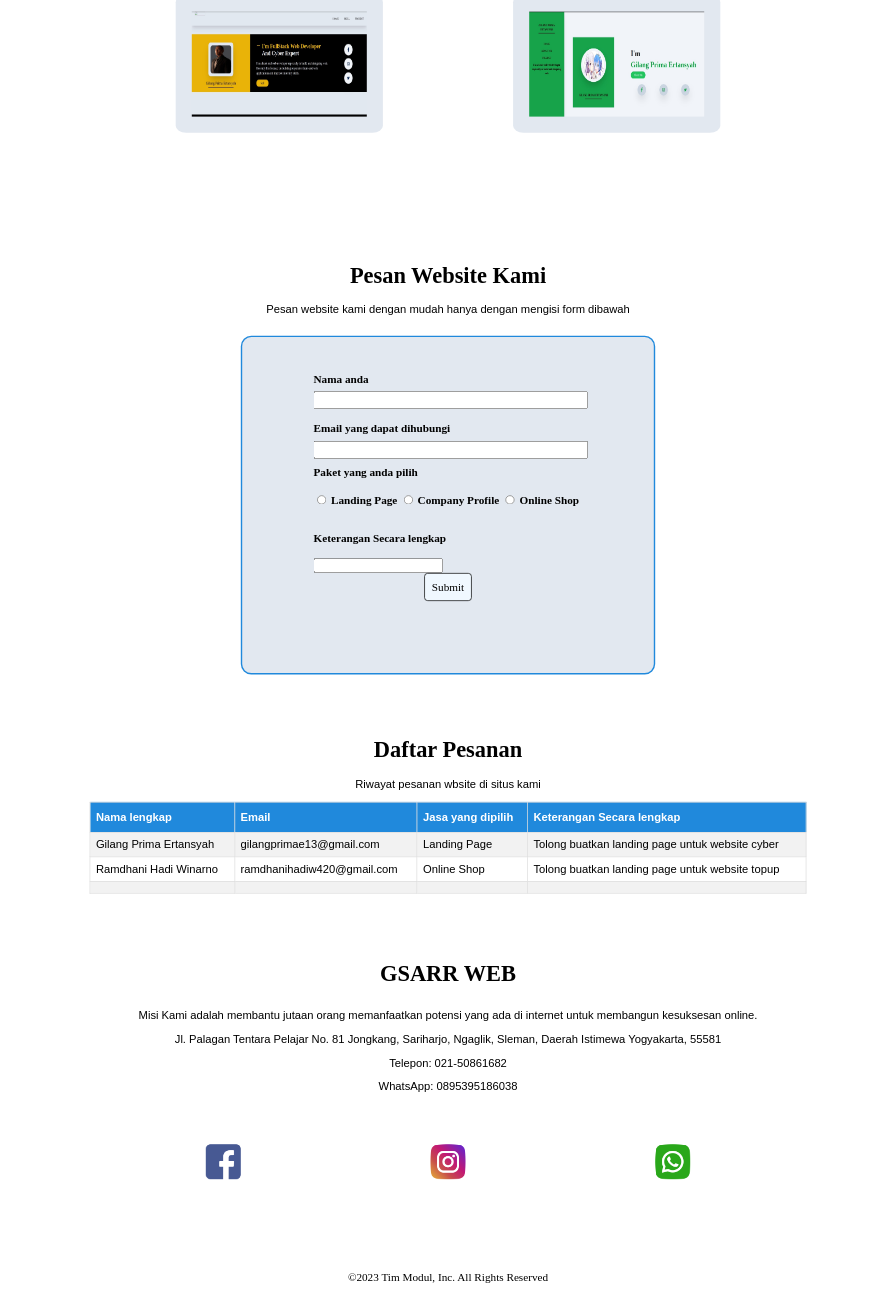
Repository: zecht12/TimModul
Page: TimModul.html
An editor plug-in stored every save of this project. The page is shown before and after a run of saves, followed by the edit.
The browser window is 1280 px wide. The pictures show the part of the page from y = 2532 to 4452 px (the page is 4378 px tall before and 4452 px after), at 70% of full size.

Above is the page before, as saved 2023-04-27 19:20:36.

### TimModul.html
<!DOCTYPE html>
<html lang="en">
<head>
    <meta charset="UTF-8">
    <meta http-equiv="X-UA-Compatible" content="IE=edge">
    <meta name="viewport" content="width=device-width, initial-scale=1.0">
    <link rel="stylesheet" href="style.css">
    <script src="script.js"></script>
    <title>Jasa Coding</title>
</head>
<body>
    <div style="height: 80px; width: 100%; background-color: white;">
        <header>
            <img src="./assets/wallpaper.jpg" alt="Image" style="height: 50px; width: 50px; border-radius: 100%;" >
            <ul class="nav_links">
                <li><a href="#">Home</a></li>
                <li><a href="#Paket">Harga</a></li>
                <li><a href="#Produk">Produk</a></li>
                <li><a href="#Forms">Form</a></li>
                <li><a href="#Dokumen">Dokumen</a></li>
            </ul>
        </headers>
    </div>
    <div style="background-image: url(./assets/bg.jpg); background-size: cover; background-position: top; width: 100%; height: 120vh; background-repeat: no-repeat; background-position: center;">
        <div style="display: flex; justify-content: center; align-items: center; padding: 5%; width: auto; height: auto;">
            <div style="height: auto; width: 70%; display: flex ; justify-content: center; align-items: center;">
                <div>
                    <div style=" display: flex; justify-content: center; align-items: center;">
                        <p style="text-align: center; color: white; font-size: 50px; font-weight: bold; width: 80%;">Jasa Pembuatan Website untuk Segala Kebutuhan Anda!</p>
                    </div>
                    <div style=" display: flex; justify-content: center; align-items: center; ">
                        <p style="text-align: center; color: white; font-size: large; width: 80%; ">Ingin wujudkan website impian tanpa ribet? Kami siap membantu Anda! Tersedia layanan jasa pembuatan website murah dan berkualitas dengan fitur terlengkap!</p>
                    </div>
                    <div style=" display: flex; justify-content: space-evenly; align-items: center;">
                        <div style=" display: flex; justify-content: center; align-items: center; gap: 5px;">
                            <img src="./assets/check.png" alt="check" width="30px" height="30px">
                            <p style="text-align: center; color: white; font-size: medium;">Proses Cepat</p>
                        </div>
                        <div style=" display: flex; justify-content: center; align-items: center; gap: 5px;">
                            <img src="./assets/check.png" alt="check" width="30px" height="30px">
                            <p style="text-align: center; color: white; font-size: medium">Harga Terjangkau</p>
                        </div>
                        <div style=" display: flex; justify-content: center; align-items: center; gap: 5px;">
                            <img src="./assets/check.png" alt="check" width="30px" height="30px">
                            <p style="text-align: center; color: white; font-size: medium;">Website Profesional</p>
                        </div>
                    </div>
                    <div style=" display: flex; justify-content: center; align-items: center; width: auto; height: auto;">
                        <p style="text-align: center; color: white; font-size: xx-large; font-weight: bold;">GSARR WEB</p>
                    </div>
                    <div style=" display: flex; justify-content: center; align-items: center; width: auto; height: auto;">
                        <a class="button1" href="#Paket" style="width: 200px; height: 50px; display: flex; justify-content: center; align-items: center; border-radius: 15px; background: #fff; color: #000; border: 2px solid #fff; cursor: pointer;">
                            Lihat Penawaran
                        </a>
                    </div>
                </div>
            </div>
        </div>
    </div>
    <div class="Paket" id="Paket" style="width: 100%; height: 120vh;">
        <p style="text-align: center; font-size: xx-large; font-weight: bold;">Harga Paket Jasa Pembuatan Website</p>
        <p style="text-align: center; font-size: medium; font-weight: bold; ">Tak perlu biaya mahal, Niagaweb menghadirkan jasa pembuatan website dengan harga terjangkau, fitur terbaik, dan layanan support nomor satu!</p>
        <div style="padding-left: 5%; padding-right: 5%;padding-top: 2%;display: flex;justify-content: space-evenly; align-items: center;" >
            <div style="padding: 2%; background-color: #e8ebf0; border-radius: 5%; height: 600px; width: 300px;">
                <p style="color: rgb(49, 49, 49); font-weight: bold; font-size: larger;">Landing Page</p>
                <p style="color: gray; font-weight: bold; font-size: medium;">Mulai dari:</p>
                <p style="color: #2089dc; font-size: xx-large; font-weight: bold; margin: auto; padding-bottom: 4%;">Rp 750.000</p>
                <div style="display: flex; justify-content: center; align-items: center;">
                    <a class="button1" href="#Forms" style="width: 200px; height: 50px; display: flex; justify-content: center; align-items: center; border-radius: 15px; background: transparent; color: #2089dc; border: 2px solid #2089dc; cursor: pointer;">
                        Checkout
                    </a>
                </div>
                <p style="color: gray; font-weight: bold; font-size: medium;">Bangun landing page dengan desain profesional! Biaya website terjangkau dengan fitur terbaik cocok untuk memulai bisnis online Anda.</p>
                <div style=" display: flex; justify-content: start; align-items: center; gap: 2px;">
                    <img src="./assets/check.png" alt="check" width="20px" height="20px">
                    <p style="color: black; font-size: medium;">Gratis Hosting dan Domain</p>
                </div>
                <div style=" display: flex; justify-content: start; align-items: center; gap: 2px;">
                    <img src="./assets/check.png" alt="check" width="20px" height="20px">
                    <p style="color: black; font-size: medium;">30 Pilihan Tema</p>
                </div>
                <div style=" display: flex; justify-content: start; align-items: center; gap: 2px;">
                    <img src="./assets/check.png" alt="check" width="20px" height="20px">
                    <p style="color: black; font-size: medium;">Free Maintenance di Bulan Pertama</p>
                </div>
                <div style=" display: flex; justify-content: start; align-items: center; gap: 2px;">
                    <img src="./assets/check.png" alt="check" width="20px" height="20px">
                    <p style="color: black; font-size: medium;">SEO Friendly</p>
                </div>
                <div style=" display: flex; justify-content: start; align-items: center; gap: 2px;">
                    <img src="./assets/check.png" alt="check" width="20px" height="20px">
                    <p style="color: black; font-size: medium;">Desain Responsif</p>
                </div>
                <div style=" display: flex; justify-content: start; align-items: center; gap: 2px;">
                    <img src="./assets/check.png" alt="check" width="20px" height="20px">
                    <p style="color: black; font-size: medium;">Pengerjaan 7 Hari Kerja</p>
                </div>
            </div>
            <div style="padding: 2%; background-color: #e8ebf0; border-radius: 5%; height: 600px; width: 300px;">
                <p style="color: rgb(49, 49, 49); font-weight: bold; font-size: larger;">Company Profile</p>
                <p style="color: gray; font-weight: bold; font-size: medium;">Mulai dari:</p>
                <p style="color: #2089dc; font-size: xx-large; font-weight: bold; margin: auto; padding-bottom: 4%;">Rp 2.000.000</p>
                <div style="display: flex; justify-content: center; align-items: center;">
                    <a class="button1" href="#Forms" style="width: 200px; height: 50px; display: flex; justify-content: center; align-items: center; border-radius: 15px; background: transparent; color: #2089dc; border: 2px solid #2089dc; cursor: pointer;">
                        Checkout
                    </a>
                </div>
                <p style="color: gray; font-weight: bold; font-size: medium;">Jasa pembuatan website untuk perusahaan B2B seperti konsultan, distributor, dan manufaktur. Saatnya tampilkan kesan profesional untuk perusahaan Anda!</p>
                <div style=" display: flex; justify-content: start; align-items: center; gap: 2px;">
                    <img src="./assets/check.png" alt="check" width="20px" height="20px">
                    <p style="color: black; font-size: medium;">Free Unlimited Hosting</p>
                </div>
                <div style=" display: flex; justify-content: start; align-items: center; gap: 2px;">
                    <img src="./assets/check.png" alt="check" width="20px" height="20px">
                    <p style="color: black; font-size: medium;">Free Maintenance Setiap Bulan</p>
                </div>
                <div style=" display: flex; justify-content: start; align-items: center; gap: 2px;">
                    <img src="./assets/check.png" alt="check" width="20px" height="20px">
                    <p style="color: black; font-size: medium;">Gratis Setup 5 Konten / Artikel</p>
                </div>
                <div style=" display: flex; justify-content: start; align-items: center; gap: 2px;">
                    <img src="./assets/check.png" alt="check" width="20px" height="20px">
                    <p style="color: black; font-size: medium;">1 Halaman Awal</p>
                </div>
                <div style=" display: flex; justify-content: start; align-items: center; gap: 2px;">
                    <img src="./assets/check.png" alt="check" width="20px" height="20px">
                    <p style="color: black; font-size: medium;">1x Revisi Desain</p>
                </div>
                <div style=" display: flex; justify-content: start; align-items: center; gap: 2px;">
                    <img src="./assets/check.png" alt="check" width="20px" height="20px">
                    <p style="color: black; font-size: medium;">500+ Tema Pilihan</p>
                </div>
            </div>
            <div style="padding: 2%; background-color: #e8ebf0; border-radius: 5%; height: 600px; width: 300px;">
                <p style="color: rgb(49, 49, 49); font-weight: bold; font-size: larger;">Online Shop</p>
                <p style="color: gray; font-weight: bold; font-size: medium;">Mulai dari:</p>
                <p style="color: #2089dc; font-size: xx-large; font-weight: bold; margin: auto; padding-bottom: 4%;">Rp 2.900.000</p>
                <div style="display: flex; justify-content: center; align-items: center;">
                    <a class="button1" href="#Forms" style="width: 200px; height: 50px; display: flex; justify-content: center; align-items: center; border-radius: 15px; background: transparent; color: #2089dc; border: 2px solid #2089dc; cursor: pointer;">
                        Checkout
                    </a>
                </div>
                <p style="color: gray; font-weight: bold; font-size: medium;">Jasa website profesional yang direkomendasikan untuk bisnis atau UKM B2C seperti bisnis kuliner, properti, konveksi, travel, dll.</p>
                <div style=" display: flex; justify-content: start; align-items: center; gap: 2px;">
                    <img src="./assets/check.png" alt="check" width="20px" height="20px">
                    <p style="color: black; font-size: medium;">Gratis Setup5 Produk Unggulan</p>
                </div>
                <div style=" display: flex; justify-content: start; align-items: center; gap: 2px;">
                    <img src="./assets/check.png" alt="check" width="20px" height="20px">
                    <p style="color: black; font-size: medium;">Integrasi Marketplace / Instagram Shop</p>
                </div>
                <div style=" display: flex; justify-content: start; align-items: center; gap: 2px;">
                    <img src="./assets/check.png" alt="check" width="20px" height="20px">
                    <p style="color: black; font-size: medium;">Fitur Payment & Shipping</p>
                </div>
                <div style=" display: flex; justify-content: start; align-items: center; gap: 2px;">
                    <img src="./assets/check.png" alt="check" width="20px" height="20px">
                    <p style="color: black; font-size: medium;">5 Halaman Awal</p>
                </div>
                <div style=" display: flex; justify-content: start; align-items: center; gap: 2px;">
                    <img src="./assets/check.png" alt="check" width="20px" height="20px">
                    <p style="color: black; font-size: medium;">1x Revisi Desain</p>
                </div>
                <div style=" display: flex; justify-content: start; align-items: center; gap: 2px;">
                    <img src="./assets/check.png" alt="check" width="20px" height="20px">
                    <p style="color: black; font-size: medium;">500+ Tema Pilihan</p>
                </div>
            </div>
        </div>
    </div>
    <div id="Produk" style="width: 100%; height: 100vh; padding-top: 5%;">
        <h1 style="text-align: center; font-size: xx-large; font: bolder;">Banyak Pilihan Desain</h1>
        <p style="text-align: center; font: caption;">Pilih satu dari puluhan desain yang tersedia</p>
        <div class="produk" id="produk" >
            <a href="./JenisWeb/Web1.html" style="padding: 2%; background-color: #E2E8F0; border-radius: 5%; display: flex; justify-items: center; align-items: center;">
                <img src="./assets/web.jpeg" alt="Image" style="height: 150px; width: 250px;" >
            </a>
            <a href="./JenisWeb/Web2.html" style="padding: 2%; background-color: #E2E8F0; border-radius: 5%; display: flex; justify-items: center; align-items: center;">
                <img src="./assets/web1.jpeg" alt="Image" style="height: 150px; width: 250px;" >
            </a>
            <a href="./JenisWeb/Web3.html" style="padding: 2%; background-color: #E2E8F0; border-radius: 5%; display: flex; justify-items: center; align-items: center;">
                <img src="./assets/web2.jpg" alt="Image" style="height: 150px; width: 250px;" >
            </a>
        </div>
        <div class="produk1" id="produk1" >
            <a href="./JenisWeb/Web4.html" style="padding: 2%; background-color: #E2E8F0; border-radius: 5%; display: flex; justify-items: center; align-items: center;">
                <img src="./assets/web3.jpg" alt="Image" style="height: 150px; width: 250px;" >
            </a>
            <a href="./JenisWeb/Web5.html" style="padding: 2%; background-color: #E2E8F0; border-radius: 5%; display: flex; justify-items: center; align-items: center;">
                <img src="./assets/web4.jpg" alt="Image" style="height: 150px; width: 250px;" >
            </a>
            <a href="./JenisWeb/Web6.html" style="padding: 2%; background-color: #E2E8F0; border-radius: 5%; display: flex; justify-items: center; align-items: center;">
                <img src="./assets/web5.jpg" alt="Image" style="height: 150px; width: 250px;" >
            </a>
        </div>
        <div class="produk2" id="produk2" >
            <a href="./JenisWeb/Web7.html" style="padding: 2%; background-color: #E2E8F0; border-radius: 5%; display: flex; justify-items: center; align-items: center;">
                <img src="./assets/web6.jpg" alt="Image" style="height: 150px; width: 250px;" >
            </a>
            <a href="./JenisWeb/Web8.html" style="padding: 2%; background-color: #E2E8F0; border-radius: 5%; display: flex; justify-items: center; align-items: center;">
                <img src="./assets/web7.jpg" alt="Image" style="height: 150px; width: 250px;" >
            </a>
        </div>
    </div>
    <h1 style="margin-top: 22%; text-align: center;">Pesan Website Kami</h1>
    <p style="text-align: center; font: caption;">Pesan website kami dengan mudah hanya dengan mengisi form dibawah</p>
    <div style="min-width: 60%; height: auto;">
        <div id="Forms" class="forms" id="forms" >
            <form style=" padding-bottom: 8%; padding-left: 8%; padding-right: 8%; padding-top: 4%; border-radius: 15px; background-color: #E2E8F0; color: #2089dc; border: 2px solid #2089dc;">
                <div class="Formnama">
                    <label for="Nama" class="Labelnama">Nama anda</label><br>
                    <input type="text" id="Nama" name="Nama" class="Nama">
                </div>

                <div class="Formemail">
                    <label for="Email" class="Labelemail">Email yang dapat dihubungi</label>
                    <input type="text" id="Email" name="Email" class="Email">
                </div>

                <p for="Pilihan" class="Pilihan">Paket yang anda pilih</p>
                <div style="padding-bottom: 5%;" id="Paket" >
                    <input type="radio" id="Landing_Page" name="Landing_Page" value="Landing_Page">
                    <label for="FrontEnd">Landing Page</label>

                    <input type="radio" id="Company_Profile" name="Company_Profile" value="Company_Profile">
                    <label for="BackEnd">Company Profile</label>

                    <input type="radio" id="Online_Shop" name="Online_Shop" value="Online_Shop">
                    <label for="FullStack">Online Shop</label><br>
                </div>

                <div>
                    <p style="color: black; font-weight: bold; padding-bottom: 1%;">Keterangan Secara lengkap</p>
                    <input type="text" id="Keterangan" name="Keterangan" class="Keterangan" style="">
                </div>

                <div style="display: flex; justify-content: center; align-items: center;">
                    <input type="submit" value="Submit" class="Button">
                </div>
            </form>
        </div>
    </div>
    <h1 style="margin-top: 2%; text-align: center;">Daftar Pesanan</h1>
    <p style="text-align: center; font: caption;">Riwayat pesanan wbsite di situs kami</p>
    <div id="Dokumen" style="display: flex; justify-content: center; align-items: center; width: 100%;">
        <table id="customers">
            <tr>
                <th>Nama lengkap</th>
                <th>Email</th>
                <th>Jasa yang dipilih</th>
                <th>Keterangan Secara lengkap</th>
            </tr>
            <tr>
                <td>Gilang Prima Ertansyah</td>
                <td>gilangprimae13@gmail.com</td>
                <td>Landing Page</td>
                <td>Tolong buatkan landing page untuk website cyber</td>
            </tr>
            <tr>
                <td>Ramdhani Hadi Winarno</td>
                <td>ramdhanihadiw420@gmail.com</td>
                <td>Online Shop</td>
                <td>Tolong buatkan landing page untuk website topup</td>
            </tr>
            <tr>
                <td id="p1"></td>
                <td id="p2"></td>
                <td></td>
                <td id="p4"></td>
            </tr>
        </table>
    </div>
    <div style="height: 70vh; width: 100%; background-color: white; margin: auto; justify-content: center; align-items: center;">
        <div style="padding: 5%;">
            <p style="text-align: center; color: black; font-size: xx-large; font-weight: bold;">GSARR WEB</p>
            <p style="text-align: center; font: caption;">Misi Kami adalah membantu jutaan orang memanfaatkan potensi yang ada di internet untuk membangun kesuksesan online.</p>
            <p style="text-align: center; font: caption;">Jl. Palagan Tentara Pelajar No. 81 Jongkang, Sariharjo, Ngaglik, Sleman, Daerah Istimewa Yogyakarta, 55581</p>
            <div>
                <p style="text-align: center; font: caption;">Telepon: 021-50861682</p>
                <p style="text-align: center; font: caption;">WhatsApp: 0895395186038</p>
            </div>
            <div class="Social" style="display: flex; align-items: center; justify-content: space-between; background-color: transparent; gap: 20px; padding-left: 20%; padding-right: 20%; padding-top: 5%; ">
                <a href="" style="background-color: #fff;">
                    <img src="/assets/facebook.png" alt="FB" width="50px" height="50px">
                </a>
                <a href="">
                    <img src="/assets/instagram.png" alt="FB" width="50px" height="50px">
                </a>
                <a href="">
                    <img src="/assets/whatsapp.png" alt="FB" width="50px" height="50px">
                </a>
            </div>
        </div>
    </div>
    <div style="height: 50px; width: 100%; background-color: white; margin: auto; justify-content: center; align-items: center;">
        <p style="color: black; text-align: center; padding-top: 20px;">&copy;2023 Tim Modul, Inc. All Rights Reserved</p>
    </div>
</body>
</html>

Loaded but not shown: script.js (9 lines, source omitted); style.css (140 lines, source omitted)

After the next 3 saves:
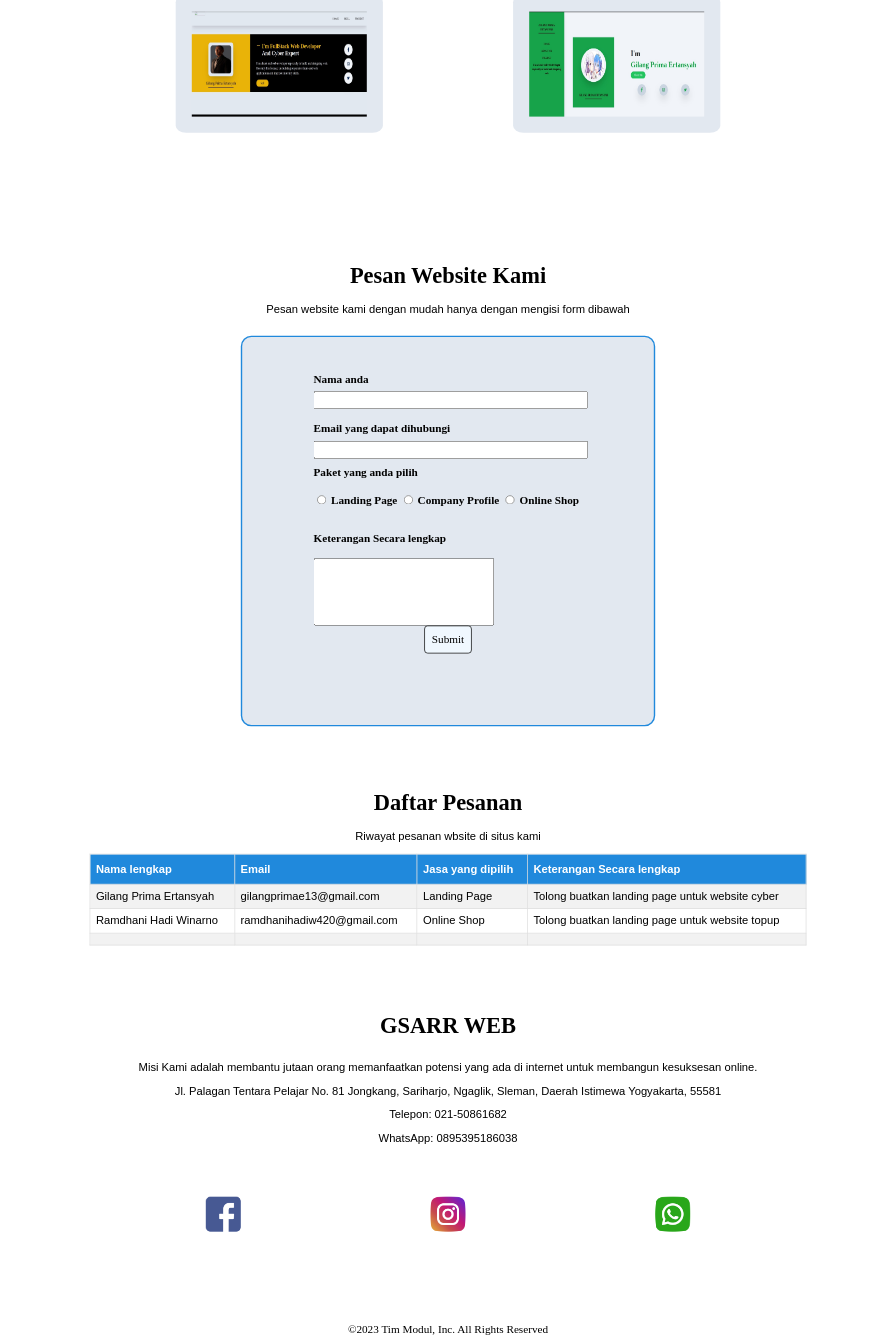
The 3 saves are shown as one change because they came seconds apart.
The last was saved 7 s later.
--- a/TimModul.html
+++ b/TimModul.html
@@ -231,7 +231,7 @@
 
                 <div>
                     <p style="color: black; font-weight: bold; padding-bottom: 1%;">Keterangan Secara lengkap</p>
-                    <input type="text" id="Keterangan" name="Keterangan" class="Keterangan" style="">
+                    <input type="text" id="Keterangan" name="Keterangan" class="Keterangan" style="padding: 10%;">
                 </div>
 
                 <div style="display: flex; justify-content: center; align-items: center;">
